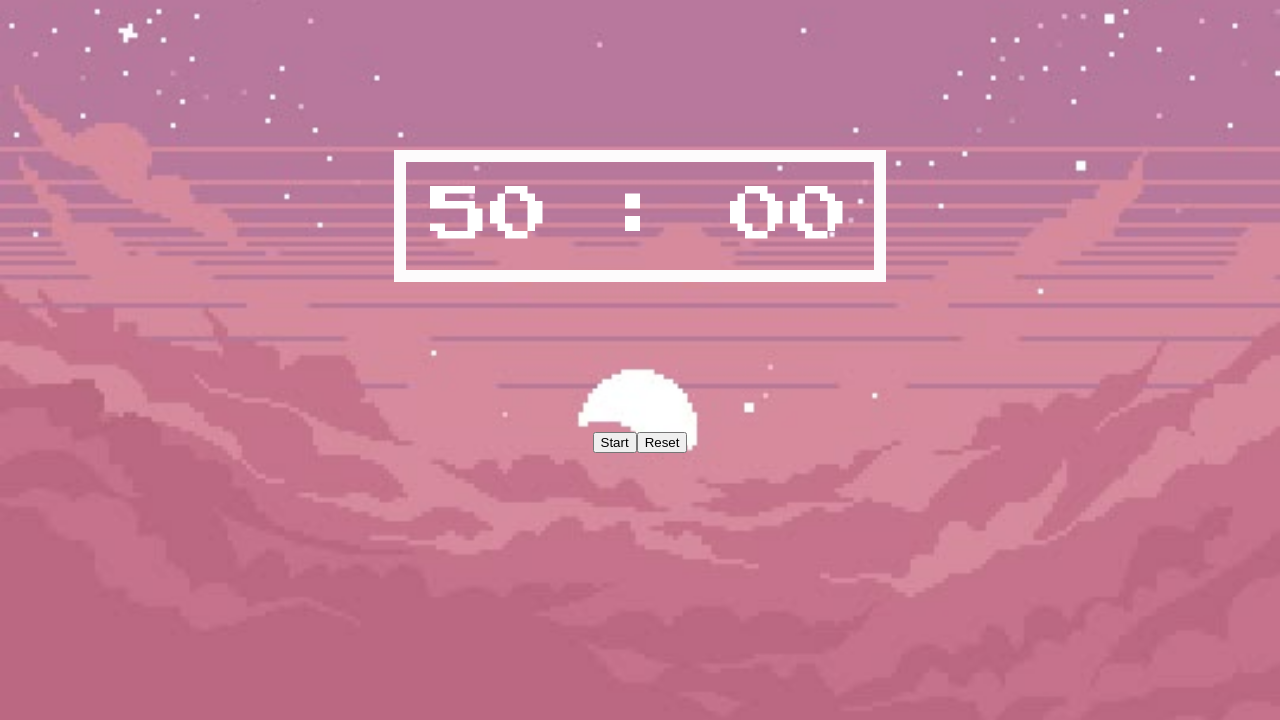
Repository: niharikapatil2306/Study-Timer
Page: index.html
The author's editor kept a copy of each file at every save. The page is drawn from the files as they stood at one save, then again after the next save.
The browser window is 1280 px wide. The pictures show the whole page.

Above is the page before, as saved 2025-02-15 19:18:14.

### index.html
<!DOCTYPE html>
<html lang="en">
<head>
    <meta charset="UTF-8">
    <meta name="viewport" content="width=device-width, initial-scale=1.0">
    <title>Study Timer</title>
    <link href="https://fonts.googleapis.com/css2?family=Press+Start+2P&display=swap" rel="stylesheet">
    <link rel="stylesheet" href="style.css" />
</head>
<body style="background-color: black;">
    <div class="container">
        <div class="timer">
            <div class="pixel">
                <div class="square1"></div>
                <div class="square2"></div>
                <div class="square3"></div>
                <div class="square4"></div>
            </div>
            <div class="box">
                <span id="min">
                    50
                </span>
                :
                <span id="sec">
                    00
                </span>
            </div>
        </div>
        <div class="button_container">
            <button id="start">
                Start
            </button>
            <button id="reset">
                Reset
            </button>
        </div>
    </div>
    <script src="./clock.js"></script>
</body>
</html>

### style.css
body {
    margin: 0;
    padding: 0;
    background: url("./img/bg.jpeg") no-repeat center center fixed;
    background-size: cover;
}

.container{
    height: 100vh;
}

.box{
    border: 12px solid #FDFBFC;
    padding: 24px;
}

.timer{
    font-family: 'Press Start 2P', monospace;
    height: 60vh;
    font-size: 60px;
    font-weight: 400;
    color: white;
    display: flex;
    align-items: center;
    justify-content: center;
}

.button_container{
    display: flex;
    align-items: center;
    justify-content: center;
}

/* .timer {

    font-size: 50px;
    color: ivory;
    text-rendering: optimizeSpeed;
}

.box{
    width: max-content ;
    border: 1px solid white;
}

span{
    padding: 4px;
    margin: 8px;
}

.container{
    text-align: center;
    width: 100vw;
    height: 100vh;
    display: flex;
    position: relative; */
    /* flex-direction: column;
    justify-content: center;

} */

### clock.js
let timer;
let timeLeft = 50*60 // 50 minutes
const min = document.getElementById("min");
const sec = document.getElementById("sec");
const startBtn = document.getElementById("start");
const resetBtn = document.getElementById("reset");

function updateDisplay(){
    let minutes = Math.floor(timeLeft/60);
    let seconds = timeLeft%60;
    min.textContent = minutes.toString().padStart(2, "0");
    sec.textContent = seconds.toString().padStart(2, "0");
}

startBtn.addEventListener("click", () => {
    if(!timer){
        timer = setInterval(() => {
            if(timeLeft>0){
                timeLeft--;
                updateDisplay();
            }
            else{
                clearInterval(timer);
                timer = null;
                alert("Take a break!!")
            }
        }, 1000);
    }
});

resetBtn.addEventListener("click", () => {
    clearInterval(timer);
    timer = null;
    timeLeft = 50*60;
    updateDisplay();
});

After the next save:
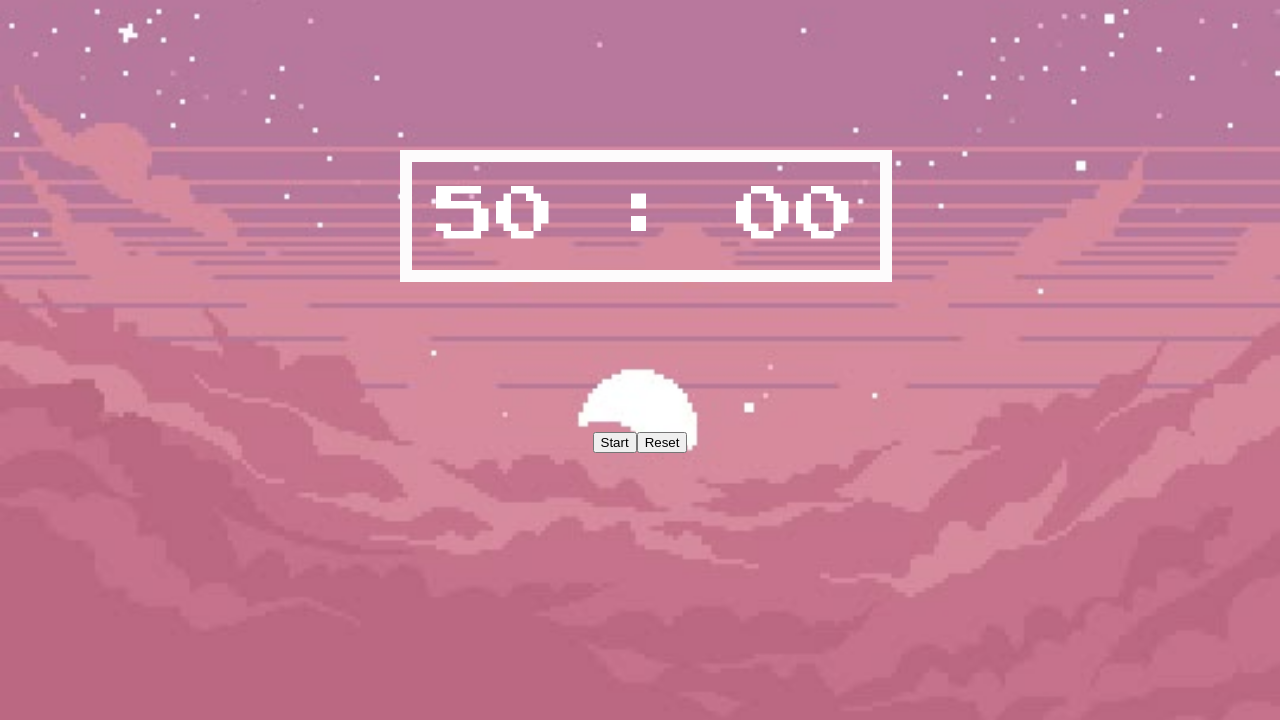
Saved 38 s later.
--- a/style.css
+++ b/style.css
@@ -12,6 +12,12 @@ body {
 .box{
     border: 12px solid #FDFBFC;
     padding: 24px;
+}
+
+.square1{
+    height: 12px;
+    width: 12px;
+    color: black;
 }
 
 .timer{
